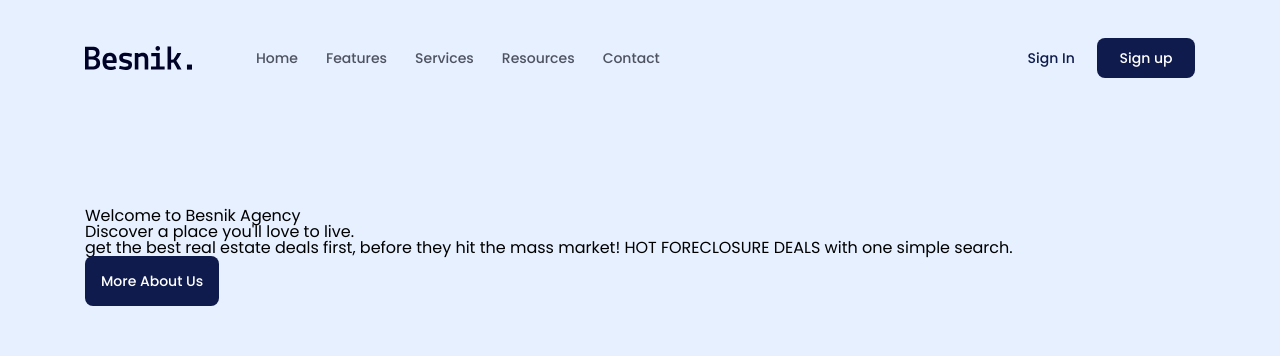
Repository: jessicapaa/F8-Project-01
Page: index.html
These files come from the project's save history. The page is drawn as it stood at one moment and after a run of saves; the edit follows.
The browser window is 1280 px wide. The pictures show the whole page.

Above is the page before, as saved 2024-03-08 07:19:26.

After the next 2 saves:
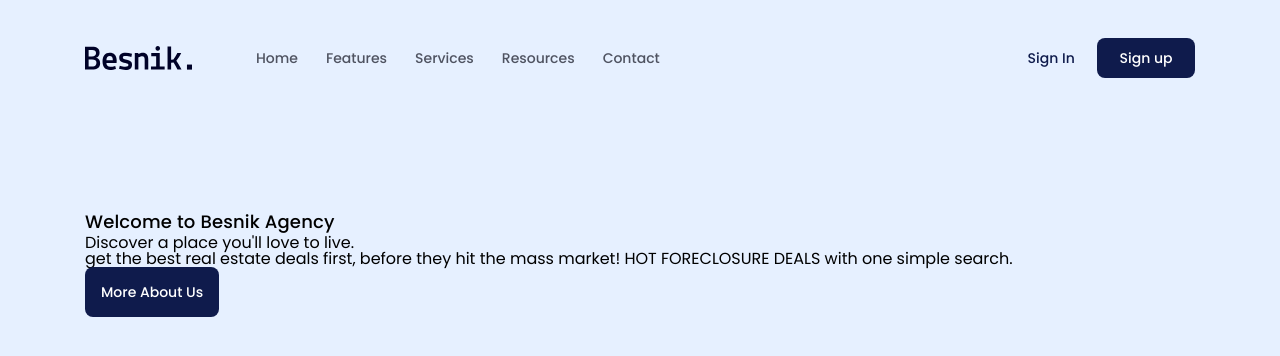
The 2 saves are shown as one change because they came seconds apart.
The last was saved 42 s later.
--- a/assets/css/styles.css
+++ b/assets/css/styles.css
@@ -83,3 +83,10 @@
 .hero {
     margin-top: 130px;
 }
+
+.hero .sub-title {
+    font-size: 1.8rem;
+    font-weight: 500;
+    line-height: normal;
+    letter-spacing: 0.018rem;
+}
